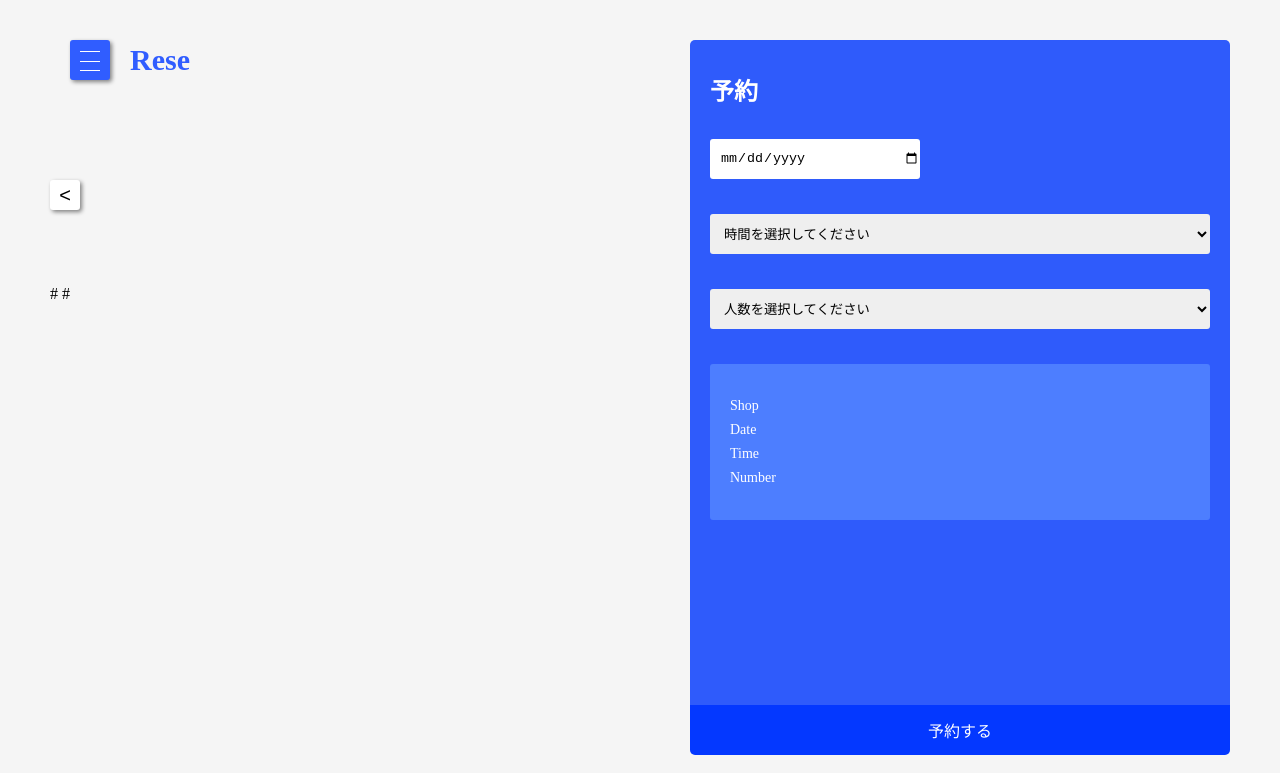
Repository: Haruka-Wada/Rese
Page: src/resources/views/shop_detail.blade.php
These files come from the project's save history. The page is drawn as it stood at one moment and after a run of saves; the edit follows.
The browser window is 1280 px wide. The pictures show the whole page.
The page is served by the project's Laravel application, run on PHP 8.4 with Laravel 8. Other server files are loaded and not shown. The template is opened directly, without the code that normally fills it, so the values that code supplies are empty.

Above is the page before, as saved 2024-11-19 15:15:33.

### src/routes/web.php
<?php

use App\Http\Controllers\ReseController;
use Illuminate\Database\Console\Migrations\ResetCommand;
use Illuminate\Support\Facades\Route;
use SebastianBergmann\GlobalState\Restorer;

/*
|--------------------------------------------------------------------------
| Web Routes
|--------------------------------------------------------------------------
|
| Here is where you can register web routes for your application. These
| routes are loaded by the RouteServiceProvider within a group which
| contains the "web" middleware group. Now create something great!
|
*/

Route::get('/', [ReseController::class, 'index']);
Route::get('/detail/{shop_id?}', [ReseController::class, 'detail']);
Route::get('/search', [ReseController::class, 'search']);

Route::middleware(['verified'])->group(function(){
    Route::middleware('auth')->group(function () {
        Route::get('/thanks', [ReseController::class, 'thanks']);
        Route::get('/mypage', [ReseController::class, 'myPage']);
        Route::post('/favorite', [ReseController::class, 'favorite']);
        Route::post('/reservation', [ReseController::class, 'reservation']);
        Route::get('/done', [ReseController::class, 'done']);
        Route::delete('/delete',[ReseController::class, 'reservationDelete']);
        Route::get('/edit', [ReseController::class, 'reservationEdit']);
        Route::patch('/edit/update', [ReseController::class, 'reservationUpdate']);
    });
});

### src/resources/views/shop_detail.blade.php
@extends('layouts/app')

@section('css')
<link rel="stylesheet" href="{{ asset('css/shop_detail.css') }}">
@endsection

@section('main')
<div class="main__container">
    <div class="shop__container">
        <div class="shop__name-area">
            <button onclick="location.href='/'">&lt;</button>
            <h2>{{ $shop->name }}</h2>
        </div>
        <div class="shop__img">
            <img src="{{ $shop->image}}" alt="">
        </div>
        <div class="shop__tag">
            <span>#{{ $shop->area->name }}</span>
            <span>#{{ $shop->genre->name }}</span>
        </div>
        <div class="shop__outline">
            <p>{{ $shop->outline }}</p>
        </div>
    </div>
    <div class="reservation__container">
        <div class="reservation__wrap">
            <div class="reservation__title">
                <h2>予約</h2>
            </div>
            <form action="/reservation" method="post" id="reservation">
                @csrf
                <div class="reservation__form">
                    <input type="hidden" name="shop_id" value="{{ $shop->id }}">
                    <input type="date" name="date" class="reservation__date">
                    <div class="reservation__error">
                        @error('date')
                        {{ $message }}
                        @enderror
                    </div>
                    <select name="time" id="" class="reservation__time">
                        <option disabled selected>時間を選択してください</option>
                        <option value="17:00">17:00</option>
                        <option value="17:30">17:30</option>
                        <option value="18:00">18:00</option>
                        <option value="18:30">18:30</option>
                        <option value="19:00">19:00</option>
                        <option value="19:30">19:30</option>
                        <option value="20:00">20:00</option>
                        <option value="20:30">20:30</option>
                        <option value="21:00">21:00</option>
                        <option value="21:30">21:30</option>
                        <option value="22:00">22:00</option>
                        <option value="22:30">22:30</option>
                        <option value="23:00">23:00</option>
                    </select>
                    <div class="reservation__error">
                        @error('time')
                        {{ $message }}
                        @enderror
                    </div>
                    <select name="number" id="" class="reservation__number">
                        <option disabled selected>人数を選択してください</option>
                        @for($i = 1; $i < 51; $i++)
                            <option value="{{ $i }}">{{ $i }}人</option>
                            @endfor
                    </select>
                    <div class="reservation__error">
                        @error('number')
                        {{ $message }}
                        @enderror
                    </div>
                </div>
            </form>
            <div class="reservation__confirm">
                <dl class="reservation__confirm-list">
                    <dt class="reservation__confirm-item">Shop</dt>
                    <dd class="reservation__confirm-content">{{ $shop->name }}</dd>
                </dl>
                <dl class="reservation__confirm-list">
                    <dt class="reservation__confirm-item">Date</dt>
                    <dd class="reservation__confirm-content" id="date"></dd>
                </dl>
                <dl class="reservation__confirm-list">
                    <dt class="reservation__confirm-item">Time</dt>
                    <dd class="reservation__confirm-content" id="time"></dd>
                </dl>
                <dl class="reservation__confirm-list">
                    <dt class="reservation__confirm-item">Number</dt>
                    <dd class="reservation__confirm-content" id="number"></dd>
                </dl>
            </div>
        </div>
        <div class="reservation__button">
            <button form="reservation">予約する</button>
        </div>
    </div>

    <script type="text/javascript">
        $(function() {
            const date = $('#date');
            $('[name=date]').change(function() {
                const selectedDate = $('[name=date]').val();
                const formatDate = new Date(selectedDate);
                const year = formatDate.getFullYear();
                const month = formatDate.getMonth() + 1;
                const day = formatDate.getDate();
                date.text(year + "/" + month + "/" + day);
            })
        })

        $(function() {
            const time = $('#time');
            $('[name=time]').change(function() {
                const selectedTime = $('[name=time] option:selected').text();
                time.text(selectedTime);
            });
        });

        $(function() {
            const number = $('#number');
            $('[name=number]').change(function() {
                const selectedNumber = $('[name=number] option:selected').text();
                number.text(selectedNumber);
            })
        })
    </script>
    @endsection

### src/resources/views/layouts/app.blade.php
<!DOCTYPE html>
<html lang="ja">

<head>
    <meta charset="UTF-8">
    <meta name="viewport" content="width=device-width, initial-scale=1.0">
    <meta name="csrf-token" content="{{ csrf_token()}}">
    <title>Rese</title>
    <link rel="stylesheet" href="{{ asset('css/sanitize.css') }}">
    <link rel="stylesheet" href="{{ asset('css/app.css') }}">
    @yield('css')
    <script src="https://ajax.googleapis.com/ajax/libs/jquery/3.3.1/jquery.min.js"></script>
</head>

<body>

    <header>
        <div class="header__wrapper">
            <button class="header__nav" onclick="navFunc()"></button>
            <nav class="header__hamburger">
                <ul class="hamburger__menu">
                    <li><a href="/" class="hamburger__menu-link">HOME</a></li>
                    @if(Auth::check())
                    <li>
                        <form action="/logout" method="post">
                            @csrf
                            <button class="hamburger__menu-logout">Logout</button>
                        </form>
                    </li>
                    <li><a href="/mypage" class="hamburger__menu-link">Mypage</a></li>
                    @else
                    <li><a href="/register" class="hamburger__menu-link registration">Registration</a></li>
                    <li><a href="/login" class="hamburger__menu-link">Login</a></li>
                    @endif
                </ul>
            </nav>
            <h1 class="header__logo">Rese</h1>
            @yield('search')
        </div>
    </header>
    <main class="main">
        @yield('main')
    </ま>

    <script type="text/javascript">
        function navFunc() {
            document.querySelector('html').classList.toggle('open');
        }
    </script>
</body>

</html>

### src/public/css/sanitize.css
/*
html5doctor.com Reset Stylesheet
v1.6.1
Last Updated: 2010-09-17
Author: Richard Clark - http://richclarkdesign.com
Twitter: @rich_clark
*/

html,
body,
div,
span,
object,
iframe,
h1,
h2,
h3,
h4,
h5,
h6,
p,
blockquote,
pre,
abbr,
address,
cite,
code,
del,
dfn,
em,
img,
ins,
kbd,
q,
samp,
small,
strong,
sub,
sup,
var,
b,
i,
dl,
dt,
dd,
ol,
ul,
li,
fieldset,
form,
label,
legend,
table,
caption,
tbody,
tfoot,
thead,
tr,
th,
td,
article,
aside,
canvas,
details,
figcaption,
figure,
footer,
header,
hgroup,
menu,
nav,
section,
summary,
time,
mark,
audio,
video {
    margin: 0;
    padding: 0;
    border: 0;
    outline: 0;
    font-size: 100%;
    vertical-align: baseline;
    background: transparent;
}

body {
    line-height: 1;
}

article,
aside,
details,
figcaption,
figure,
footer,
header,
hgroup,
menu,
nav,
section {
    display: block;
}

nav ul {
    list-style: none;
}

blockquote,
q {
    quotes: none;
}

blockquote:before,
blockquote:after,
q:before,
q:after {
    content: '';
    content: none;
}

a {
    margin: 0;
    padding: 0;
    font-size: 100%;
    vertical-align: baseline;
    background: transparent;
}

/* change colours to suit your needs */
ins {
    background-color: #ff9;
    color: #000;
    text-decoration: none;
}

/* change colours to suit your needs */
mark {
    background-color: #ff9;
    color: #000;
    font-style: italic;
    font-weight: bold;
}

del {
    text-decoration: line-through;
}

abbr[title],
dfn[title] {
    border-bottom: 1px dotted;
    cursor: help;
}

table {
    border-collapse: collapse;
    border-spacing: 0;
}

/* change border colour to suit your needs */
hr {
    display: block;
    height: 1px;
    border: 0;
    border-top: 1px solid #cccccc;
    margin: 1em 0;
    padding: 0;
}

input,
select {
    vertical-align: middle;
}

### src/public/css/app.css
body {
    background-color: whitesmoke;
    width: 100vw;
}

.header__wrapper {
    width: 90%;
    height: 60px;
    margin: 0 auto;
    display: flex;
    justify-content: space-between;
    align-items: center;
    padding: 30px 60px;
    position: fixed;
    z-index: 10;
    background-color: whitesmoke;
}

.header__nav {
    padding: 10px;
    margin: 10px;
    border: none;
    outline: none;
    background: none;
    width: 40px;
    height: 40px;
    cursor: pointer;
    background-color: #305DFF;
    box-shadow: 2px 2px 4px gray;
    border-radius: 3px;
    color: white;
}

.header__nav::before {
    content: '';
    display: block;
    height: 1px;
    background-color: currentColor;
    transform: translateY(-8px);
    transition: 0.3s ease-in-out;
    box-shadow: 0 10px currentColor;
}

.header__nav::after {
    content: '';
    display: block;
    height: 1px;
    background-color: currentColor;
    transform: translateY(10px);
    transition: 0.3s ease-in-out;
}

.open .header__nav {
    z-index: 1000;
}

.open .header__nav::before {
    transform: rotate(-45deg);
    box-shadow: none;
}

.open .header__nav::after {
    transform: rotate(45deg);
    box-shadow: none;
}

.header__logo {
    color: #305DFF;
    font-size: 30px;
    position: fixed;
    left: 130px;
    transition: 0.5s;
}

.header__hamburger {
    display: flex;
    justify-content: center;
    align-items: center;
    position: absolute;
    width: 0;
    height: 0;
    top: 45px;
    left: 55px;
    overflow: hidden;
    color: transparent;
    transition: 0.5s ease-in-out;
}

.open .header__hamburger {
    top: 0;
    left: 0;
    width: 100vw;
    height: 100vh;
    background-color: white;
    z-index: 100;
}

.hamburger__menu {
    padding: 10% 0;
}

.hamburger__menu li {
    text-align: center;
    list-style: none;
    line-height: 300%;
}

.hamburger__menu-link {
    color: #305DFF;
    font-size: 25px;
    text-decoration: none;
    font-weight: 550;
}

.hamburger__menu-logout {
    border: none;
    outline: none;
    background-color: white;
    color: #305DFF;
    font-size: 25px;
    margin: 20px;
}

.registration {
    display: inline-block;
    margin: 20px;
}

.main {
    padding-top: 130px;
}

@media screen and (max-width: 768px) {
    .header__wrapper {
        padding: 30px;
    }

    .header__logo {
        left: 100px;
    }

    .main {
        padding-top: 120px;
    }
}

### src/public/css/shop_detail.css
.header__wrapper {
    width: 30%;
}

.main {
    padding: 0;
}

.main__container {
    display: grid;
    grid-template-rows: 130px 1fr;
    grid-template-columns: 50% 1fr;
}

.shop__container {
    grid-row: 2/3;
    grid-column: 1/2;
    width: 80%;
    margin: 50px;
}

.shop__name-area {
    display: flex;
    align-items: center;
    padding-bottom: 30px;
}

.shop__name-area button {
    width: 30px;
    height: 30px;
    font-size: 20px;
    background-color: white;
    border: none;
    border-radius: 3px;
    box-shadow: 2px 2px 4px gray;
}

.shop__name-area h2 {
    padding-left: 20px;
    font-size: 30px;
}
.shop__img {
    width: 100%;
}

.shop__img img{
    width: 100%;
}

.shop__tag {
    padding: 30px 0;
}

.shop__outline {
    line-height: 1.3;
}

.reservation__container {
    width: 100%;
    height: 90%;
    grid-row: 1/3;
    grid-column: 2/3;
    padding: 40px 0;
}

.reservation__wrap {
    height: 70%;
    background-color: #2F5BFB;
    border-radius: 5px 5px 0 0;
    padding: 20px 20px 160px;
    margin: 0 50px;
}

.reservation__title {
    color: white;
    padding: 20px 0;
    font-size: 24px;
}

.reservation__date {
    width: 40%;
    height: 40px;
    border: none;
    border-radius: 3px;
    padding-left: 10px;
    margin: 15px 0;
}

.reservation__time, .reservation__number{
    width: 100%;
    height: 40px;
    border: none;
    border-radius: 3px;
    padding-left: 10px;
    margin-bottom: 15px;
}

.reservation__confirm {
    background-color: #4D7EFF;
    border-radius: 3px;
    color: white;
    padding: 30px 20px;
}

.reservation__confirm-list {
    font-size: 14px;
    display: flex;
    padding: 5px 0;
}

.reservation__confirm-item {
    width: 25%;
}

.reservation__confirm-content {
    width: 75%;
}
.reservation__button {
    height: 50px;
    display: flex;
    align-items: center;
    margin: 0 50px;
    border-radius: 0 0 5px 5px;
    text-align: center;
}

.reservation__button button {
    width: 100%;
    height: 100%;
    font-size: 16px;
    border: none;
    border-radius: 0 0 5px 5px;
    background-color: #0438FF;
    color: white;
}

.reservation__error {
    color:  white;
    font-size: 14px;
    margin-bottom: 20px;
}

@media screen and (max-width:768px) {
    .header__wrapper {
        width: 100%;
    }

    .main__container {
        display: block;
        padding: 0 30px;
    }

    .shop__container {
        width: 100%;
    }

    .reservation__container {
        width: 100%;
        left: 0px;
        margin-top: 30px;
    }

    .reservation__wrap {
        height: auto;
        margin: 0 30px;
    }

    .reservation__date {
        width: 95%;
    }

    .reservation__button {
        margin: 0 30px;
    }
}

After the next 3 saves:
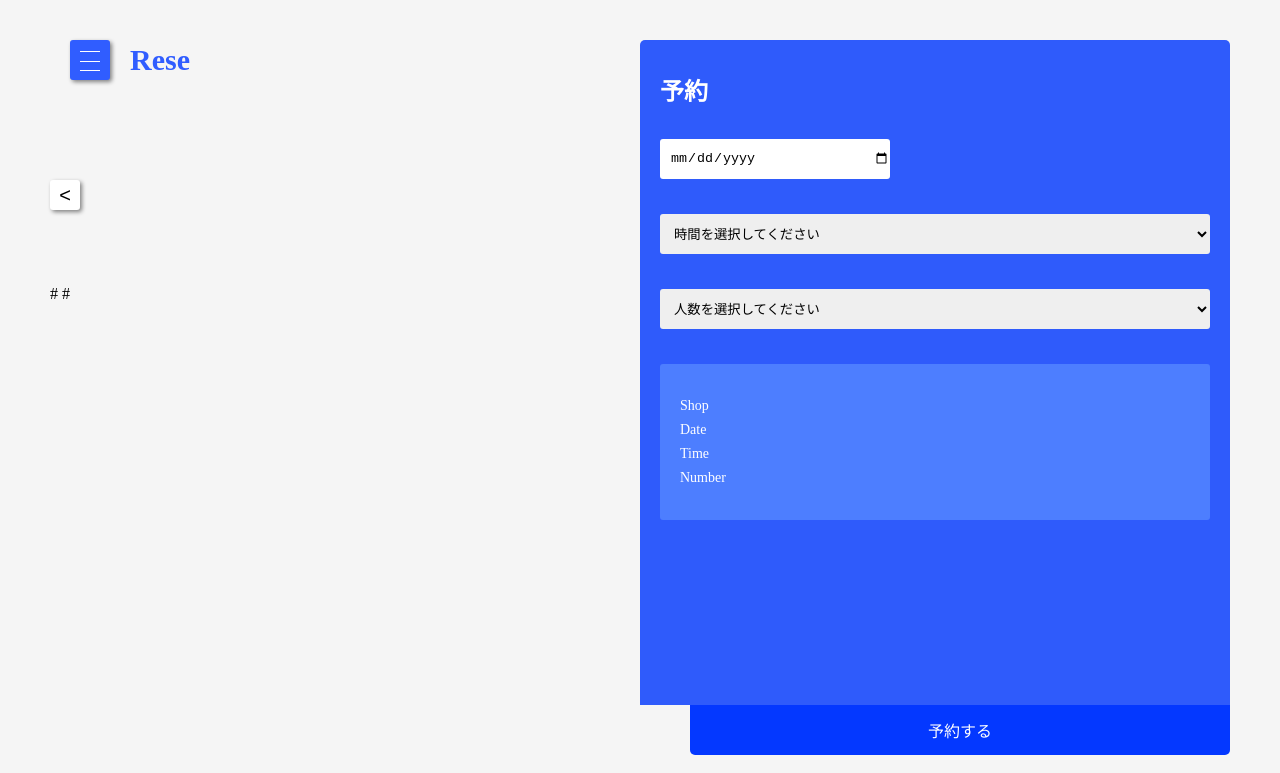
The 3 saves are shown as one change because they came seconds apart.
The last was saved 48 s later.
--- a/src/public/css/shop_detail.css
+++ b/src/public/css/shop_detail.css
@@ -68,7 +68,7 @@
     background-color: #2F5BFB;
     border-radius: 5px 5px 0 0;
     padding: 20px 20px 160px;
-    margin: 0 50px;
+    margin-right: 50px;
 }
 
 .reservation__title {
